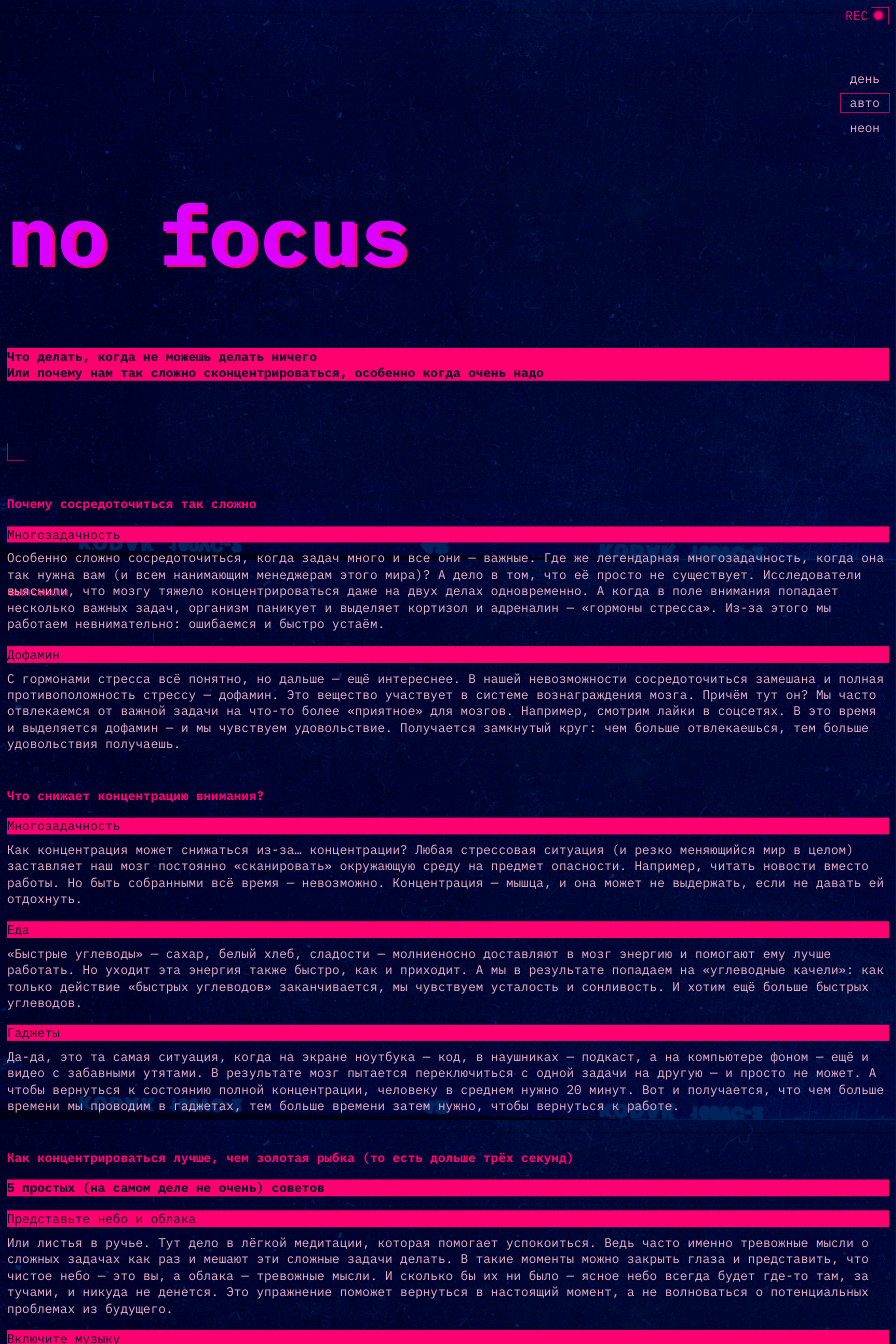
Repository: NikWolf75/slozhno-sosredotochitsya-fd
Page: index.html
These files come from the project's save history. The page is drawn as it stood at one moment and after the next save; the edit follows.
The browser window is 1280 px wide. The pictures show the part of the page from y = 0 to 1920 px (the page is 4073 px tall before and 4042 px after), at 70% of full size.
Backgrounds fixed to the window are drawn as part of the page.

Above is the page before, as saved 2025-02-27 12:30:42.

### index.html
<!DOCTYPE html>
<html lang="ru">
  <head>
    <meta charset="UTF-8" />
    <meta http-equiv="X-UA-Compatible" content="IE=edge" />
    <meta name="viewport" content="width=device-width, initial-scale=1.0" />
    <meta name="color-scheme" content="dark light" />
    <link rel="stylesheet" href="/fonts/fonts.css" />
    <link rel="stylesheet" href="/styles/globals.css" />
    <link rel="stylesheet" href="/styles/variables.css" />
    <link rel="stylesheet" href="/styles/style.css" />
    <link rel="stylesheet" href="/styles/dark.css" />
    <link rel="stylesheet" href="/styles/light.css" />
    <link rel="icon" href="image/favicon.ico" />
    <title>Сложно сосредоточиться</title>
    <script src="./scripts/script.js"></script>
  </head>
  <body class="page">
    <div class="rec_element" aria-hidden="true"></div>
    <header class="header decorated-zone">
      <nav class="header__theme-menu">
        <ul class="header__theme-menu-list">
          <li class="header__theme-menu-item">
            <button
              class="header__theme-menu-button header__theme-menu-button_type_light"
            >
              День
            </button>
          </li>
          <li class="header__theme-menu-item">
            <button
              class="header__theme-menu-button header__theme-menu-button_active header__theme-menu-button_type_auto"
              disabled
            >
              Авто
            </button>
          </li>
          <li class="header__theme-menu-item">
            <button
              class="header__theme-menu-button header__theme-menu-button_type_dark"
            >
              Неон
            </button>
          </li>
        </ul>
      </nav>
      <h1 class="header__title">no focus</h1>
      <div class="header__undertitle title-decor">
        <p>Что делать, когда не можешь делать ничего</p>
        <p>
          Или почему нам так сложно сконцентрироваться, особенно когда очень
          надо
        </p>
      </div>
    </header>
    <main class="content">
      <section class="content__section content__why">
        <h2 class="content__section-title"> Почему сосредоточиться так сложно
        </h2>
        <article class="content__section-text_block">
          <h3 class="content__section-text_block-undertitle title-decor">
            Многозадачность
          </h3>
          <p class="content__section-text_block-text">
            Особенно сложно сосредоточиться, когда задач много и все они —
            важные. Где же легендарная многозадачность, когда она так нужна вам
            (и всем нанимающим менеджерам этого мира)? А дело в том, что её
            просто не существует. Исследователи
            <a class="link-text" href="#0">выяснили</a>,
            что мозгу тяжело концентрироваться даже на двух делах одновременно.
            А когда в поле внимания попадает несколько важных задач, организм
            паникует и выделяет кортизол и адреналин — «гормоны стресса».
            Из-за этого мы работаем невнимательно: ошибаемся и быстро устаём.
          </p>
        </article>
        <article class="content__section-text_block">
          <h3 class="content__section-text_block-undertitle title-decor">
            Дофамин
          </h3>
          <p class="content__section-text_block-text">
            С гормонами стресса всё понятно, но дальше — ещё интереснее. В нашей
            невозможности сосредоточиться замешана и полная противоположность
            стрессу — дофамин. Это вещество участвует в системе вознаграждения
            мозга. Причём тут он? Мы часто отвлекаемся от важной задачи на
            что-то более «приятное» для мозгов. Например, смотрим лайки в
            соцсетях. В это время и выделяется дофамин — и мы чувствуем
            удовольствие. Получается замкнутый круг: чем больше отвлекаешься,
            тем больше удовольствия получаешь.
          </p>
        </article>
      </section>
      <section class="content__section content__what">
        <h2 class="content__section-title">
          Что снижает концентрацию внимания?
        </h2>
        <article class="content__section-text_block">
          <h3 class="content__section-text_block-undertitle title-decor">
            Многозадачность
          </h3>
          <p class="content__section-item-text">
            Как концентрация может снижаться из-за… концентрации? Любая
            стрессовая ситуация (и резко меняющийся мир в целом) заставляет наш
            мозг постоянно «сканировать» окружающую среду на предмет опасности.
            Например, читать новости вместо работы. Но быть собранными всё время
            — невозможно. Концентрация — мышца, и она может не выдержать, если
            не давать ей отдохнуть.
          </p>
        </article>
        <article class="content__section-text_block">
          <h3 class="content__section-text_block-undertitle title-decor">
            Еда
          </h3>
          <p class="content__section-text_block-text">
            «Быстрые углеводы» — сахар, белый хлеб, сладости — молниеносно
            доставляют в мозг энергию и помогают ему лучше работать. Но уходит
            эта энергия также быстро, как и приходит. А мы в результате попадаем
            на «углеводные качели»: как только действие «быстрых углеводов»
            заканчивается, мы чувствуем усталость и сонливость. И хотим ещё
            больше быстрых углеводов.
          </p>
        </article>
        <article class="content__section-text_block">
          <h3 class="content__section-text_block-undertitle title-decor">
            Гаджеты
          </h3>
          <p class="content__section-text_block-text">
            Да-да, это та самая ситуация, когда на экране ноутбука — код, в
            наушниках — подкаст, а на компьютере фоном — ещё и видео с забавными
            утятами. В результате мозг пытается переключиться с одной задачи на
            другую — и просто не может. А чтобы вернуться к состоянию полной
            концентрации, человеку в среднем нужно 20 минут. Вот и получается,
            что чем больше времени мы проводим в гаджетах, тем больше времени
            затем нужно, чтобы вернуться к работе.
          </p>
        </article>
      </section>
      <section class="content__section content_how">
        <h2 class="content__section-title">
          Как концентрироваться лучше, чем золотая рыбка (то есть дольше трёх
          секунд)
        </h2>
        <article class="content__section-text_block">
          <h3
            class="content__section-text_block-undertitle tips-undertitle title-decor"
          >
            5 простых (на самом деле не очень) советов
          </h3>
          <h4 class="content__section-text_block-undertitle title-decor">
            Представьте небо и облака
          </h4>
          <p class="content__section-text_block-text">
            Или листья в ручье. Тут дело в лёгкой медитации, которая помогает
            успокоиться. Ведь часто именно тревожные мысли о сложных задачах как
            раз и мешают эти сложные задачи делать. В такие моменты можно
            закрыть глаза и представить, что чистое небо — это вы, а облака —
            тревожные мысли. И сколько бы их ни было — ясное небо всегда будет
            где-то там, за тучами, и никуда не денется. Это упражнение поможет
            вернуться в настоящий момент, а не волноваться о потенциальных
            проблемах из будущего.
          </p>
        </article>
        <article class="content__section-text_block">
          <h4 class="content__section-text_block-undertitle title-decor">
            Включите музыку
          </h4>
          <p class="content__section-text_block-text">
            Но не любую, и не любимую. Любимая может быть связана с сильными
            положительными эмоциями, которые тоже очень сильно отвлекают.
            Подойдёт тихая, спокойная, умеренно-ритмичная. Можно вообще
            попробовать включить плейлист с «белым шумом» или нейромузыкой.
          </p>
        </article>
        <article class="content__section-text_block">
          <h4 class="content__section-text_block-undertitle title-decor">
            Прогуляйтесь
          </h4>
          <p class="content__section-text_block-text">
            Или даже пробегитесь. Лучше найти парк или лес: один эксперимент
            <a class="link-text" href="#0">показал</a>, что созерцание природы повышает концентрацию, в то время
            как после просмотра городских пейзажей она наоборот понижается.
            Можно совместить прогулку с физическими упражнениями или бегом — так
            в мозг поступит ещё больше кислорода и он будет лучше работать. Но и
            простая двадцатиминутная прогулка — тоже отличный вариант.
          </p>
        </article>
        <article class="content__section-text_block">
          <h4 class="content__section-text_block-undertitle title-decor">
            Хорошо ешьте
          </h4>
          <p class="content__section-text_block-text">
            Мы — не ваша бабушка, но это правда важно. Выбирайте продукты,
            которые препятствуют резким скачкам сахара в крови. Например, с
            высоким содержанием клетчатки: овощи, ягоды, бобовые (нут, чечевица,
            фасоль), коричневый рис, хлеб из цельнозерновой пшеницы.
          </p>
        </article>
        <article class="content__section-text_block">
          <h4 class="content__section-text_block-undertitle title-decor">
            Читайте
          </h4>
          <p class="content__section-text_block-text">
            Настоящие бумажные книги. Это правда помогает с концентрацией: чтобы
            прочитать пост в соцсети, достаточно нескольких минут или даже
            секунд. А вот интересная книга способна затянуть и на несколько
            часов и круто тренирует направленное внимание.
          </p>
        </article>
      </section>
      <section class="content__section content__gallery">
        <h2 class="content__section-text_block-undertitle title-decor">
          А можно в картинках?
        </h2>
        <div class="content__section-images_gallery">
          <img
            class="content__section-image"
            src="./images/sunset.png"
            alt="Вид острова на закате"
            loading="lazy"
          />
          <img
            class="content__section-image"
            src="./images/ice-cream.png"
            alt="Чаша с мороженным"
            loading="lazy"
          />
          <img
            class="content__section-image"
            src="./images/tape.png"
            alt="Кассета"
            loading="lazy"
          />
          <img
            class="content__section-image"
            src="./images/books.png"
            alt="Стопка книг"
            loading="lazy"
          />
          <img
            class="content__section-image"
            src="./images/street.png"
            alt="Улица"
            loading="lazy"
          />
        </div>
      </section>
    </main>
    <footer class="footer decorated-zone">
      <h2 class="footer__title">focus</h2>
    </footer>
  </body>
</html>

### styles/variables.css
:root {
  --title-color: #ff0070;
  --main-font: 'IBM Plex mono';
  --main-font-size: 18px;
  --title-font-weight: 700;
  --text-font-weight: 400;
  --main-padding-small: 10px;
}

### styles/style.css
.page {
  font-family: var(--main-font, 'IBM Plex mono');
  font-size: var(--main-font-size, 18px);
  block-size: min-content;
  position: relative;
  font-weight: 400;
  background-color: var(--main-background-color, #000028 );
  background-image: var(--main-background-image, url("../images/cover-image-dark.png"));
  background-repeat: no-repeat;
  background-attachment: fixed;
  background-position: center;
  background-size: cover;
  line-height: 1.31em;
  color: var(--main-font-color, #F1B2CE);
 }

.decorated-zone {
  position: relative;
}

.decorated-zone::after,
.decorated-zone::before {
  position: absolute;
  inline-size: 25px;
  block-size: 25px;
  content: "";
  border: 1px solid var(--corner-color);
}

.decorated-zone::after {
  bottom: 10px;
  left: 10px;
  border-bottom: 1px solid var(--rectangle-color, #ff0070);
  border-left: 1px solid var(--rectangle-color, #ff0070);
}

.decorated-zone::before {
  top: 10px;
  right: 10px;
  border-top: 1px solid var(--rectangle-color, #ff0070);
  border-right: 1px solid var(--rectangle-color, #ff0070);
}

.rec_element {
  position: absolute;
  display: flex;
  align-items: center;
  justify-content: center;
  top: 10px;
  right: 20px;
  color: var(--rec-theme-color, #ff0070);
  gap: 10px;
}

.rec_element:before {
  content: "REC";
}

.rec_element:after {
  display: block;
  content: "";
  border-radius: 50%;
  background: var(--accent-color, #ff0070);
  width: 10px;
  height: 10px;
  box-shadow: 0 0 4px 2px var(--accent-color, #ff0070)
}

.header {
  display: grid;
  grid-template-columns: 1fr;
  grid-template-rows: 1fr min-content 1fr;
  align-items: center;
  position: relative;
  block-size: min(668px, 100vh);
  padding: var(--main-padding-small, 10px);
  margin-block-end: 40px;
 }

.header__theme-menu-list {
  display: flex;
  flex-direction: column;
  align-items: end;
  block-size: 100%;
  row-gap: 10px;
}

.header__theme-menu-button {
  text-align: center;
  background: transparent;
  color: var(--button-text-color);
  border: none;
  text-transform: lowercase;
  padding-right: 13px;
  padding-left: 13px;
}

.header__theme-menu-bitton:hover {
  outline: 1px solid var(--button-outline-color)
}

.header__theme-menu-button_active {
  outline: 1px solid var(--button-theme-color, #ff0070);
}

.header__theme-menu-button:focus {
  outline: none;
  text-decoration: underline;
}

.header__title {
  font-size: clamp(7.25rem, 7.0115rem + 1.0178vw, 7.5rem);
  line-height: 83%;
  color: var(--accent-color-title, #db00ff);
  text-shadow: 4px 4px 0 var(--accent-color, #ff0070);
  cursor: default;
}

.header__undertitle {
  font-size: var(--main-font), monospace;
  font-weight: var(--title-font-weight, 700);
  border-bottom: none;
  border-left: none;
}

.title-decor {
  color: var(--undertitle-color, #000028);
  background-color: var(--title-color, #ff0070);
}

.content {
  display: grid;
  padding: 0 var(--main-padding-small, 10px);
  grid-template-columns: 1fr;
  gap: 50px;
}

.content__section {
  display: grid;
  grid-template-columns: 1fr;
  row-gap: 20px;
}

.content__section-title {
  justify-self: start;
  color: var(--title-color, #ff0070);
}

.content__section-text_block-undertitle,
.content__section-title {
  font-size: var(--main-font-size, 18px);
  font-weight: var(--title-font-weight, 700);
}

.content__section-text_block-undertitle {
  margin-block-end: 10px;
  height: min-content;
}

.content__section-text_block-text {
  font-weight: var(--text-font-weight, 400);
}

.link-text {
  text-decoration: none;
  text-shadow: 2px 1px var(--accent-color, #ff0070);
}

.link-text:hover {
  cursor: pointer;
  border-block-end: 1px solid currentColor;
}

.link-text:focus-visible {
  border: 1px solid currentColor;
}

.content_how .tips-undertitle {
  font-weight: var(--title-font-weight, 700);
  margin-block-end: 20px;
}

.content__how,
.content__section-text_block-undertitle {
  font-weight: 400;
}

.content__section-text_block p:not(:nth-of-type(1)) {
  margin-block-start: 20px;
}

.content__gallery {
  gap: 0;
}

.content__section-images_gallery {
  display: grid;
  grid-template-columns: repeat(auto-fill, minmax(355px, 1fr));
  gap: 10px;
  inline-size: 100%;
}

.content__section-image {
  inline-size: 100%;
  object-fit: cover;
  block-size: 100%;
}

.footer {
  position: relative;
  display: grid;
  block-size: 100vh;
  min-block-size: 668px;
  grid-template-columns: 1fr;
  margin-block-start: 32px;
}

.footer__title {
  font-size: var(--title-font-size-small, clamp(7.25rem, 7.0115rem + 1.0178vw, 7.5rem));
  font-weight: var(--title-font-weight, 700);
  line-height: 95.7%;
  align-self: center;
  cursor: default;
  color: var(--accent-color-title, #db00ff);
  text-shadow: 2px 2px 0 var(--accent-color, #ff0070);
  justify-self: center;

}

### scripts/script.js
(function initTheme() {
  const theme = localStorage.getItem('theme');
  if (theme) {
    setTheme(theme);
  }
})();

document.addEventListener('DOMContentLoaded', () => {
  const currentTheme = [...document.documentElement.classList]
    .find((cn) => cn.startsWith('theme-'))
    ?.replace('theme-', '');
  const themeButtons = [
    ...document.querySelectorAll('.header__theme-menu-button'),
  ];
  setActiveButton(themeButtons, currentTheme);

  themeButtons.forEach((button) => {
    button.addEventListener('click', () => {
      const chosenTheme = [...button.classList]
        .find((cn) => cn.includes('_type_'))
        .split('_type_')[1];
      setTheme(chosenTheme);
      setActiveButton(themeButtons, chosenTheme);
    });
  });
});

function setTheme(theme) {
  document.documentElement.className = '';
  document.documentElement.classList.add(`theme-${theme}`);
  localStorage.setItem('theme', theme);
}

function setActiveButton(buttonsArray, theme) {
  buttonsArray.forEach((button) => {
    button.classList.remove('header__theme-menu-button_active');
    button.removeAttribute('disabled');
  });
  const target = buttonsArray.find((button) =>
    button.classList.contains(`header__theme-menu-button_type_${theme}`)
  );
  if (target) {
    target.classList.add('header__theme-menu-button_active');
    target.setAttribute('disabled', true);
  } else {
    const autoButton = document.querySelector(
      '.header__theme-menu-button_type_auto'
    );
    autoButton.classList.add('header__theme-menu-button_active');
    autoButton.setAttribute('disabled', true);
  }
}

Loaded but not shown: fonts/fonts.css (common file); styles/globals.css (common file); styles/dark.css (common file); styles/light.css (common file)

After the next save:
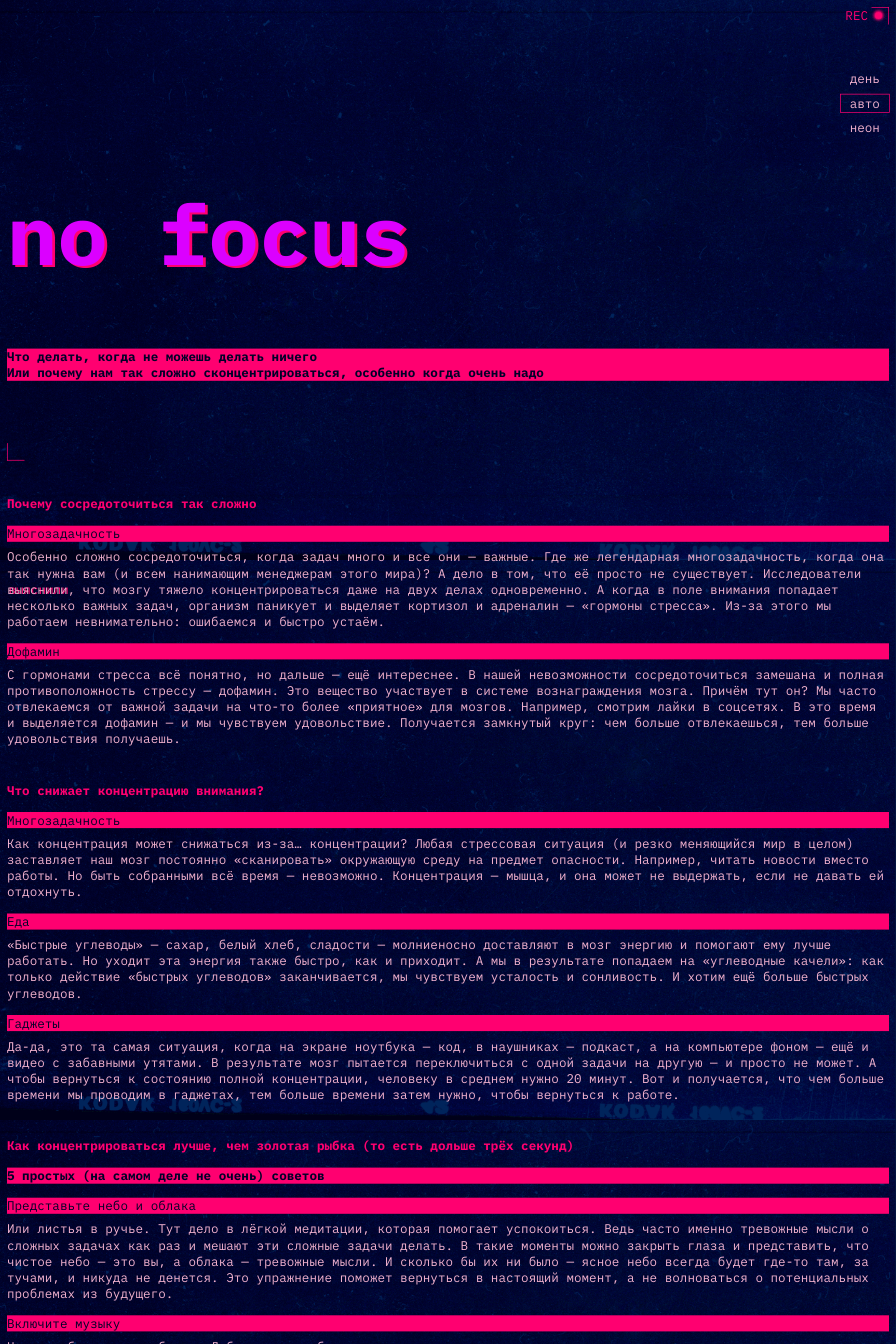
Saved 4 s later.
--- a/styles/style.css
+++ b/styles/style.css
@@ -10,7 +10,7 @@
   background-attachment: fixed;
   background-position: center;
   background-size: cover;
-  line-height: 1.31em;
+  line-height: 1.3,1em;
   color: var(--main-font-color, #F1B2CE);
  }
 

After the save that followed:
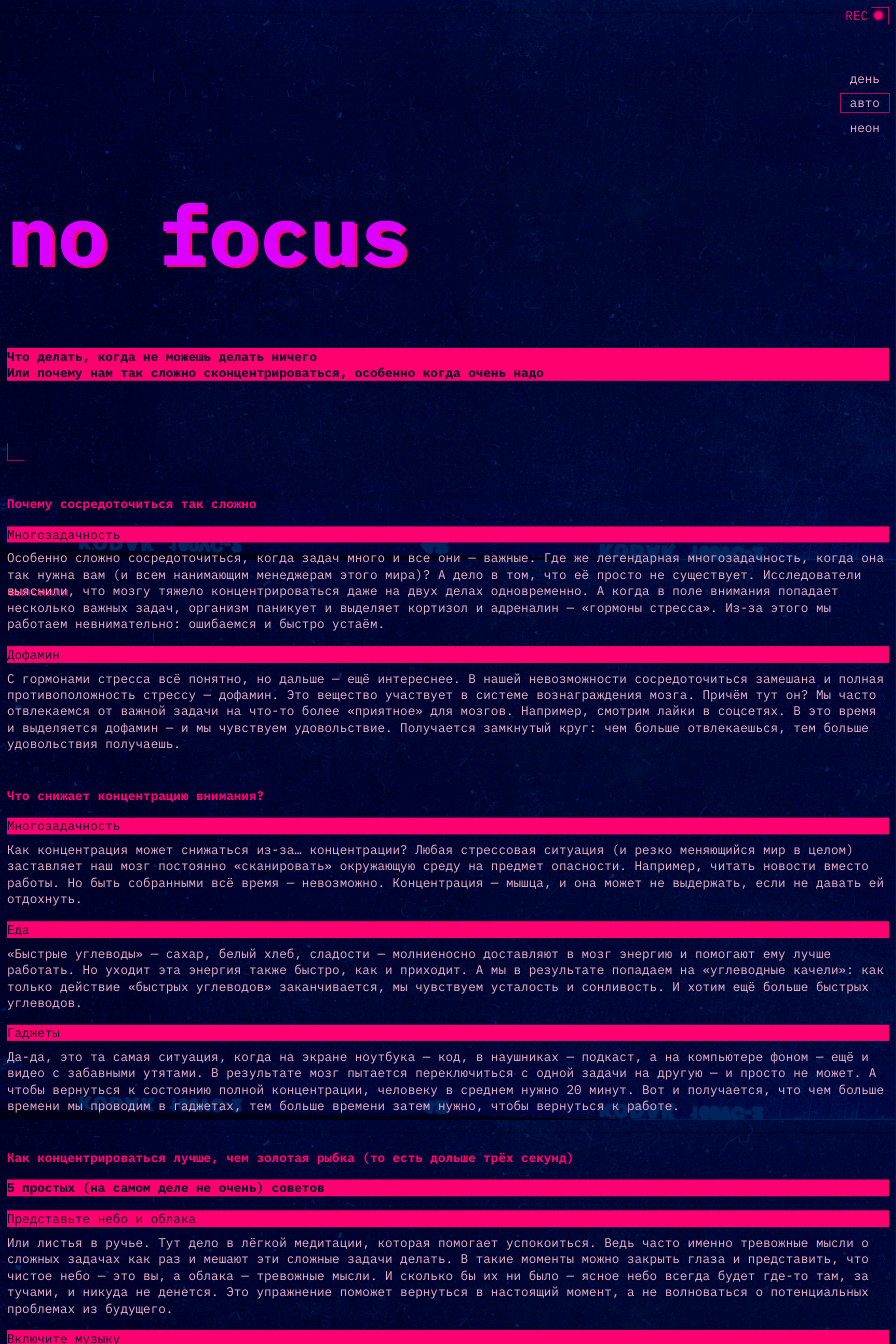
Saved 5 s later.
--- a/styles/style.css
+++ b/styles/style.css
@@ -10,7 +10,7 @@
   background-attachment: fixed;
   background-position: center;
   background-size: cover;
-  line-height: 1.3,1em;
+  line-height: 1.31em;
   color: var(--main-font-color, #F1B2CE);
  }
 
